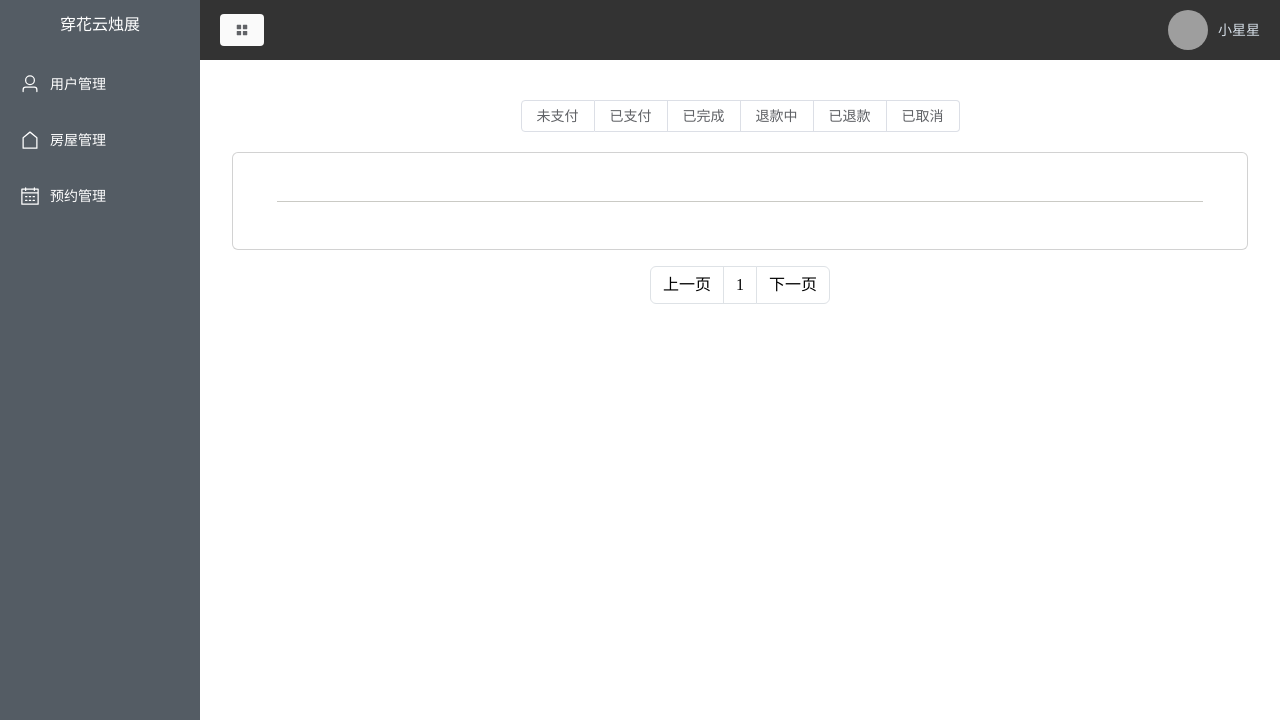
Repository: 3403784285-lucky/test-vue-big
Page: /manage/preview
An editor plug-in stored every save of this project. The page is shown before and after the next save, followed by the edit.
The browser window is 1280 px wide. The pictures show the whole page.
Pictures or frames that could not be fetched are drawn as grey boxes. The page's requests for data from a server got no answer. The project was rebuilt for these pictures with package versions that can differ from the ones it lists, and the page was loaded fresh each time. No one was signed in, and anything a server would have sent is missing. Also part of the build but not shown: vite.config.js, src/components/HelloWorld.vue, src/components/WelcomeItem.vue, src/components/icons/IconDocumentation.vue, src/components/icons/IconTooling.vue, src/components/icons/IconEcosystem.vue, src/components/icons/IconCommunity.vue, src/components/icons/IconSupport.vue and 2 more. Imported but missing from the stored project, and not drawn on this page: src/views/user/UserPassword.vue.

Above is the page before, as saved 2024-06-22 10:48:03.

After the next save:
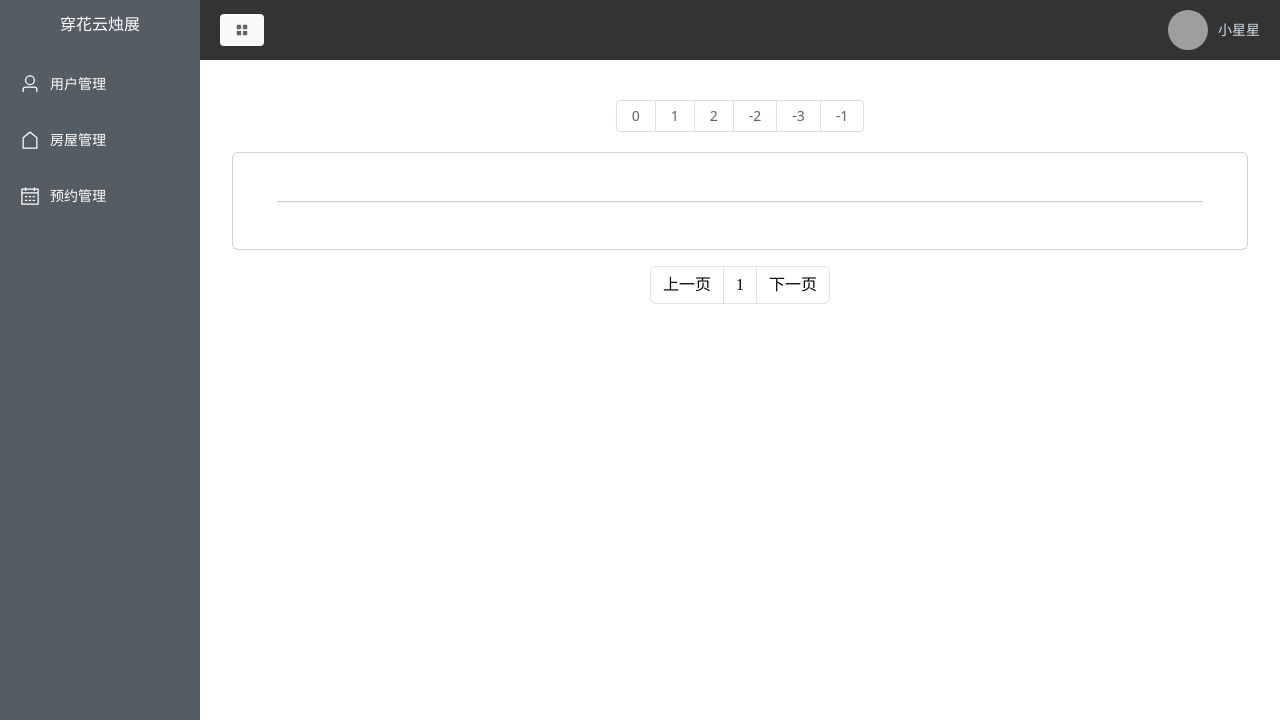
Saved 42 s later.
--- a/src/views/back/PreviewManage.vue
+++ b/src/views/back/PreviewManage.vue
@@ -2,12 +2,12 @@
   <div class="container">
   <div style="margin-top: 20px;margin-bottom: 20px; display: flex;justify-content: center;">
     <el-radio-group v-model="radio2" fill="black" @change="changeSelect">
-      <el-radio-button label="未支付" value="0" />
-      <el-radio-button label="已支付" value="1" />
-      <el-radio-button label="已完成" value="2" />
-      <el-radio-button label="退款中" value="-2" />
-      <el-radio-button label="已退款" value="-3" />
-      <el-radio-button label="已取消" value="-1" />
+      <el-radio-button label="0" value="0" />
+      <el-radio-button label="1" value="1" />
+      <el-radio-button label="2" value="2" />
+      <el-radio-button label="-2" value="-2" />
+      <el-radio-button label="-3" value="-3" />
+      <el-radio-button label="-1" value="-1" />
 
     </el-radio-group>
   </div>

After the save that followed:
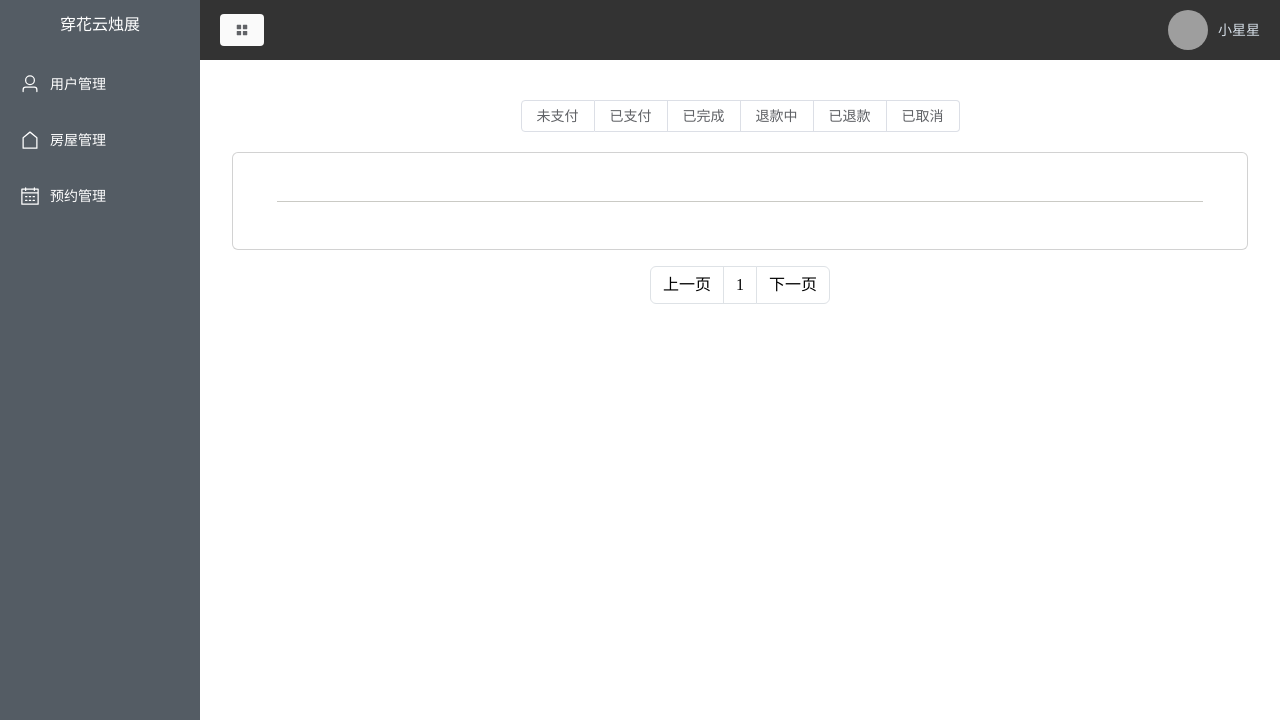
Saved 9 s later.
--- a/src/views/back/PreviewManage.vue
+++ b/src/views/back/PreviewManage.vue
@@ -2,12 +2,12 @@
   <div class="container">
   <div style="margin-top: 20px;margin-bottom: 20px; display: flex;justify-content: center;">
     <el-radio-group v-model="radio2" fill="black" @change="changeSelect">
-      <el-radio-button label="0" value="0" />
-      <el-radio-button label="1" value="1" />
-      <el-radio-button label="2" value="2" />
-      <el-radio-button label="-2" value="-2" />
-      <el-radio-button label="-3" value="-3" />
-      <el-radio-button label="-1" value="-1" />
+      <el-radio-button label="未支付" value="0" />
+      <el-radio-button label="已支付" value="1" />
+      <el-radio-button label="已完成" value="2" />
+      <el-radio-button label="退款中" value="-2" />
+      <el-radio-button label="已退款" value="-3" />
+      <el-radio-button label="已取消" value="-1" />
 
     </el-radio-group>
   </div>
